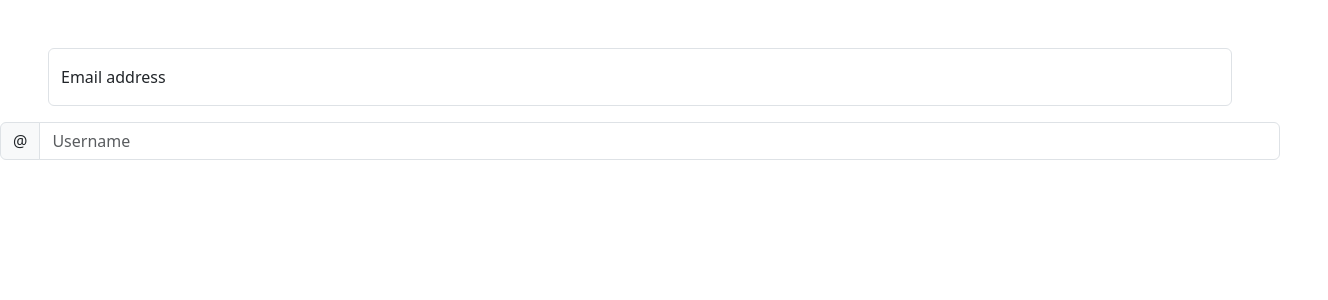
Repository: Riyakashiwala/practical
Page: riya 6th sem/form.html
An editor plug-in stored every save of this project. The page is shown before and after the next save, followed by the edit.
The browser window is 1280 px wide. The page is 1280 px wide, then 1328 px, so the pictures cover 1328 px, including what lies to the right of the window. The pictures show the whole page.

Above is the page before, as saved 2024-12-12 06:03:18.

After the next save:
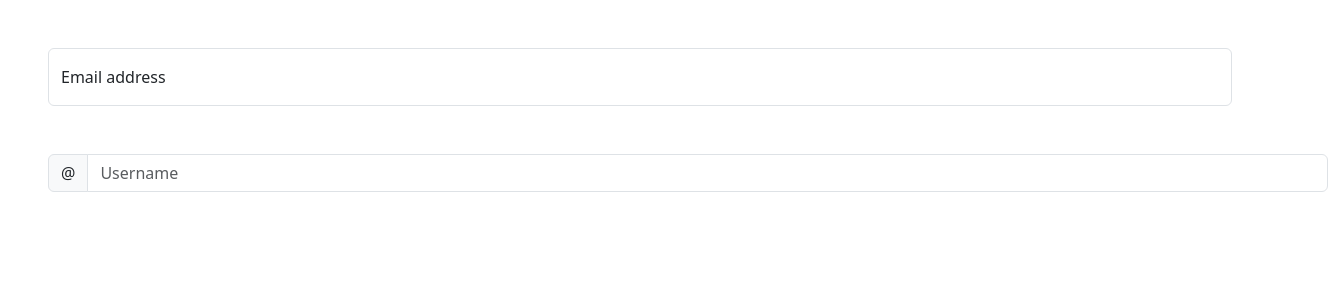
Saved 19 s later.
--- a/riya 6th sem/form.html
+++ b/riya 6th sem/form.html
@@ -13,7 +13,7 @@
         <label for="floatingInput">Email address</label>
     </div>
 
-    <div class="input-group mb-3">
+    <div class="input-group mb-3 m-5">
         <span class="input-group-text" id="basic-addon1">@</span>
         <input type="text" class="form-control" placeholder="Username" aria-label="Username" aria-describedby="basic-addon1">
     </div>
